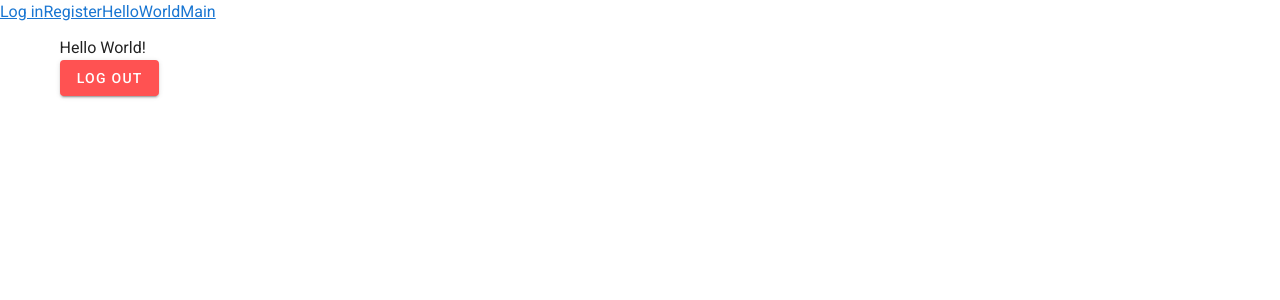
Repository: pao741/vue-todo
Page: /
The author's editor kept a copy of each file at every save. The page is drawn from the files as they stood at one save, then again after the next save.
The browser window is 1280 px wide. The pictures show the whole page.
The page's requests for data from a server got no answer. The project was rebuilt for these pictures with package versions that can differ from the ones it lists, and the page was loaded fresh each time. No one was signed in, and anything a server would have sent is missing. Also part of the build but not shown: vue.config.js, src/components/Login.vue, src/components/Register.vue, src/components/HelloWorld.vue.

Above is the page before, as saved 2021-02-08 17:41:29.

### src/main.js
import Vue from 'vue';
// import Vuex from 'vuex';
// import VueRouter from 'vue-router';
import App from './App.vue';
import vuetify from './plugins/vuetify';
import firebase from 'firebase';
import router from './router';

import 'vuetify/dist/vuetify.min.css';

const firebaseConfig = {
  apiKey: 'AIzaSyDDoWONGwbdeV8-j0yTCmUjzBNPDUFN7Q8',
  authDomain: 'vue-todo-ae3e5.firebaseapp.com',
  projectId: 'vue-todo-ae3e5',
  storageBucket: 'vue-todo-ae3e5.appspot.com',
  messagingSenderId: '816401963007',
  appId: '1:816401963007:web:1f3f49cc385198e51af9ca',
  measurementId: 'G-G9PREJ9C9D',
};
// Initialize Firebase
firebase.initializeApp(firebaseConfig);
firebase.analytics();

Vue.config.productionTip = false;
// Vue.use(Vuex);

new Vue({
  vuetify,
  router,
  render: (h) => h(App),
}).$mount('#app');

### src/App.vue
<template>
  <v-app>
    <v-main>
      <div>
        <router-link to="Login">Log in</router-link>
        <router-link to="Register">Register</router-link>
        <router-link to="HelloWorld">HelloWorld</router-link>
        <router-link to="/">Main</router-link>
        <router-view />
      </div>
    </v-main>
  </v-app>
</template>

<script>
// import Login from "./components/Login";

export default {
  name: "App",

  components: {
    // Login
  },

  data: () => ({
    //
  })
};
</script>

### src/router/index.js
import Vue from 'vue';
import VueRouter from 'vue-router';

import Login from '../components/Login';
import Main from '../components/Main';
import Register from '../components/Register';
import HelloWorld from '../components/HelloWorld';

Vue.use(VueRouter);

const routes = [
  {
    path: '/HelloWorld',
    name: 'HelloWorld',
    component: HelloWorld,
  },
  {
    path: '/',
    name: 'Main',
    component: Main,
    meta: {
      authenticated: true,
    },
  },
  {
    path: '/login',
    name: 'Login',
    component: Login,
  },
  {
    path: '/register',
    name: 'Register',
    component: Register,
  },
];

const router = new VueRouter({
  modes: 'hash',
  routes,
});

const beforeRouteEnter = (to, from, next) => {
  if (to.meta.authenticated) {
    const authenticated = false;
    if (authenticated) {
      next();
    } else {
      next({ name: 'login' });
    }
  } else {
    next();
  }
};

// beforeRouteEnter (to, from, next) {
//     getPost(to.params.id, (err, post) => {
//       next(vm => vm.setData(err, post))
//     })
//   },

Vue.$router = router;

export default router;

### src/components/Main.vue
<template>
  <v-content>
    <v-container>
      <div>Hello World!</div>
      <v-btn color="error" @click="$router.push('login')"> Log out</v-btn>
    </v-container>
  </v-content>
</template>

<script>
export default {
  //   name: "Log In"
};
</script>

Loaded but not shown: public/index.html (common file); src/plugins/vuetify.js (common file)

After the next save:
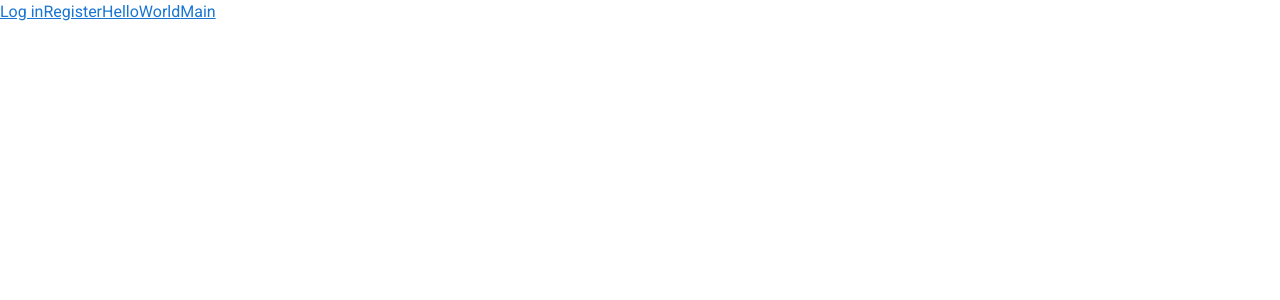
Saved 62 s later.
--- a/src/router/index.js
+++ b/src/router/index.js
@@ -52,6 +52,7 @@
   }
 };
 
+router.beforeEach(beforeRouteEnter);
 // beforeRouteEnter (to, from, next) {
 //     getPost(to.params.id, (err, post) => {
 //       next(vm => vm.setData(err, post))

After the save that followed:
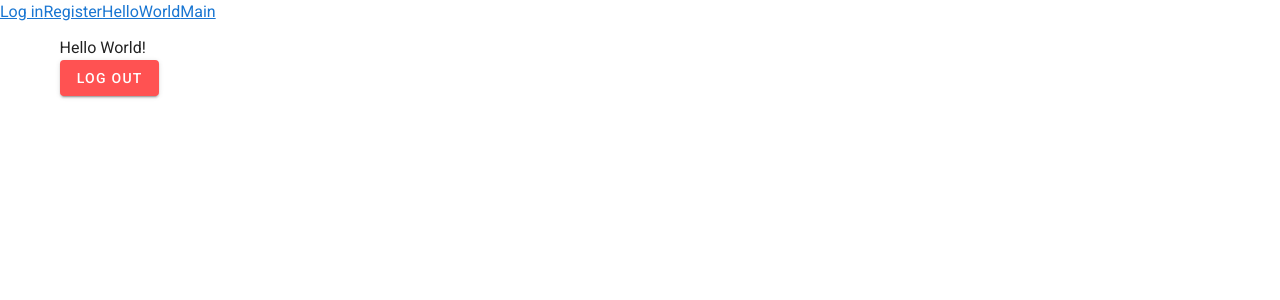
Saved 31 s later.
--- a/src/router/index.js
+++ b/src/router/index.js
@@ -39,20 +39,20 @@
   routes,
 });
 
-const beforeRouteEnter = (to, from, next) => {
-  if (to.meta.authenticated) {
-    const authenticated = false;
-    if (authenticated) {
-      next();
-    } else {
-      next({ name: 'login' });
-    }
-  } else {
-    next();
-  }
-};
+// const beforeRouteEnter = (to, from, next) => {
+//   if (to.meta.authenticated) {
+//     const authenticated = false;
+//     if (authenticated) {
+//       next();
+//     } else {
+//       next({ name: 'login' });
+//     }
+//   } else {
+//     next();
+//   }
+// };
 
-router.beforeEach(beforeRouteEnter);
+// router.beforeEach(beforeRouteEnter);
 // beforeRouteEnter (to, from, next) {
 //     getPost(to.params.id, (err, post) => {
 //       next(vm => vm.setData(err, post))
